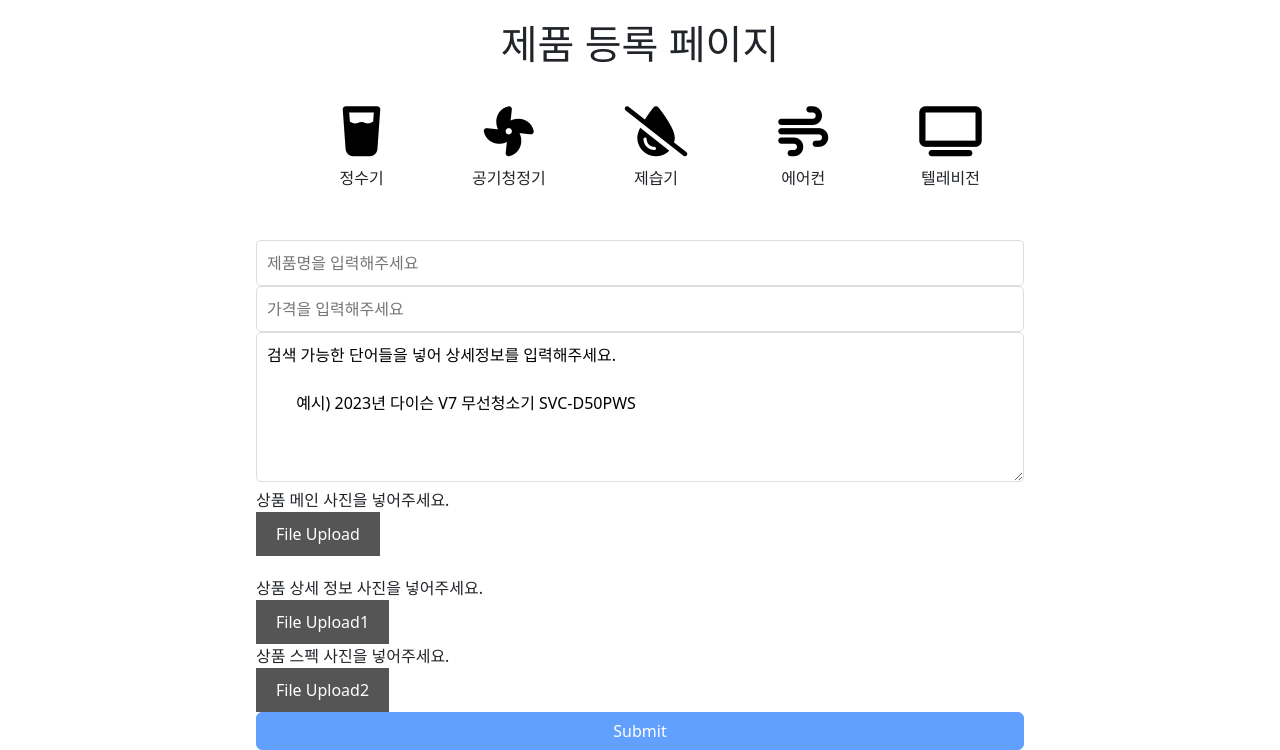
Repository: bbqju13/52si
Page: http://localhost/spring/WEB-INF/views/product/register.jsp
An editor plug-in stored every save of this project. The page is shown before and after the next save, followed by the edit.
The browser window is 1280 px wide. The pictures show the whole page.
Some web libraries are served in a nearby version. The page is served by Tomcat 9. Nobody is signed in. Other server files are loaded and not shown. The template is opened directly, without the code that normally fills it, so the values that code supplies are empty.

Above is the page before, as saved 2023-07-28 04:42:49.

### spring/src/main/webapp/WEB-INF/views/product/register.jsp
<%@ page language="java" contentType="text/html; charset=UTF-8"
    pageEncoding="UTF-8"%>
<%@ taglib uri="http://java.sun.com/jsp/jstl/core" prefix="c" %>
<!DOCTYPE html>
<html>
<head>
<meta charset="UTF-8">
<title>Product Register Page</title>
<link rel="stylesheet" href="/resources/css/product/register.css">
<script src="https://kit.fontawesome.com/e927512ef5.js" crossorigin="anonymous"></script>
<link href="https://cdn.jsdelivr.net/npm/bootstrap@5.3.1/dist/css/bootstrap.min.css" rel="stylesheet" integrity="sha384-4bw+/aepP/YC94hEpVNVgiZdgIC5+VKNBQNGCHeKRQN+PtmoHDEXuppvnDJzQIu9" crossorigin="anonymous">
<script src="https://cdn.jsdelivr.net/npm/bootstrap@5.3.1/dist/js/bootstrap.bundle.min.js" integrity="sha384-HwwvtgBNo3bZJJLYd8oVXjrBZt8cqVSpeBNS5n7C8IVInixGAoxmnlMuBnhbgrkm" crossorigin="anonymous"></script>
</head>
<body>
	<h1>제품 등록 페이지</h1>
	 <form action="/product/register" method="post" id="registerForm" class="was-validated" enctype="multipart/form-data">
        <div id="productDiv">
            <ul>
                <li class="product" data-value="정수기">
                    <div>
                        <i class="fa-solid fa-glass-water" style="color: #000000;"></i>
                        <div class="product-name">정수기</div>
                    </div>
                </li>
                <li class="product" data-value="공기청정기">
                    <div>
                        <i class="fa-solid fa-fan" style="color: #000000;"></i>
                        <div class="product-name">공기청정기</div>
                    </div>
                </li>
                <li class="product" data-value="제습기">
                    <div>
                        <i class="fa-solid fa-droplet-slash" style="color: #000000;"></i>
                        <div class="product-name">제습기</div>
                    </div>
                </li>
                <li class="product" data-value="에어컨">
                    <div>
                        <i class="fa-solid fa-wind" style="color: #000000;"></i>
                        <div class="product-name">에어컨</div>
                    </div>
                </li>
                <li class="product" data-value="텔레비전">
                    <div>
                        <i class="fa-solid fa-tv" style="color: #000000;"></i>
                        <div class="product-name">텔레비전</div>
                    </div>
                </li>
            </ul>
        </div>
        <input type="hidden" name="type_a" id="mySelection">
        <p id="type_aError" style="color: red; display: none;">제품 카테고리를 입력해주세요.</p>
       <br>
       <input name="pname" placeholder="제품명을 입력해주세요"> <br>
       <p id="pnameError" style="color: red; display: none;">제품명을 입력해주세요.</p>
       <input id="priceInput" name="price" placeholder="가격을 입력해주세요"> <br>
       <p id="priceError" style="color: red; display: none;">숫자만 입력해주세요.</p>
       <textarea name="content" cols="50" rows="10">검색 가능한 단어들을 넣어 상세정보를 입력해주세요.&#10;
       예시) 2023년 다이슨 V7 무선청소기 SVC-D50PWS
       </textarea> <br>
       상품 메인 사진을 넣어주세요.<input type="file" id="files" name="files" style="display: none" class="form-control" aria-label="file example" required> <br>
       <button type="button" id="trigger">File Upload</button> <br>
       <div id="fileZone">

       </div>
       상품 상세 정보 사진을 넣어주세요.<input type="file" id="files1" name="files" style="display: none" class="form-control" aria-label="file example" required> <br>
       <button type="button" id="trigger1">File Upload1</button> <br>
       <div id="fileZone1">

       </div>

       상품 스펙 사진을 넣어주세요.<input type="file" id="files2" name="files" style="display: none" class="form-control" aria-label="file example" required> <br>
       <button type="button" id="trigger2">File Upload2</button> <br>
       <div id="fileZone2">

       </div>

       <button onclick="validateButton(event)" id="regBtn" class="btn btn-primary" type="submit" disabled>Submit</button>
    </form>

	<script type="text/javascript" src="/resources/js/product/productRegister.js"></script>
	<script type="text/javascript">
	    const thereis = `<c:out value="${thereis}"/>`;
	    console.log(thereis);
	    if (thereis === "1") {
	        alert("같은 상품명이 존재합니다. 다시 입력해주세요.");
	        document.getElementById("registerForm").addEventListener("submit", function(e) {
	        });
	    }
</script>
</body>
</html>

### spring/src/main/webapp/resources/css/product/register.css
body {
    font-family: 'Helvetica Neue', Helvetica, Arial, sans-serif;
    background-color: #fff;
    color: #333;
    margin: 0;
    padding: 0;
}

h1 {
    text-align: center;
    padding: 20px 0;
}

form {
    width: 60%;
    margin: 0 auto;
}

input, textarea {
    width: 100%;
    margin: 10px;
    padding: 10px;
    font-size: 0.8em;
    border-radius: 5px;
    border: 1px solid #ddd;
}

textarea {
    height: 150px;
}

li {
    list-style-type: none;
    flex: 1;
    text-align: center;
    padding: 10px;
    box-sizing: border-box;
    margin: 0 5px;
}

ul {
    display: flex;
    justify-content: space-between;
    cursor: pointer;
    padding-left: 0px;
    margin-bottom: 30px;
}

.product-clicked {
    background-color: rgba(128, 128, 128, 0.5);
   	padding: 10px;
   	margin-top: -10px;
    border-radius: 5px;
    animation: pop 0.6s;
}
@keyframes pop {
    0% { transform: scale(1); }
    50% { transform: scale(1.2); }
    100% { transform: scale(1); }
}

i {
    font-size: 50px;
    display: block;
    margin-bottom: 10px;
}

button {
    background-color: #555;
    color: #fff;
    border: none;
    padding: 10px 20px;
    text-align: center;
    text-decoration: none;
    display: inline-block;
    font-size: 16px;
    margin: 4px 2px;
    cursor: pointer;
}

button:hover {
    background-color: #343638;
}

#regBtn {
    width: 100%;
}

#fileZone {
    margin-bottom: 20px;
}

.product-name {
	white-space:nowrap;
}

### spring/src/main/webapp/resources/js/product/productRegister.js
document.getElementById('trigger').addEventListener('click', () => {
    document.getElementById('files').click();
})

document.getElementById('trigger1').addEventListener('click', () => {
    document.getElementById('files1').click();
})

document.getElementById('trigger2').addEventListener('click', () => {
    document.getElementById('files2').click();
})

const regExp = new RegExp("\.(exe|sh|bat|msi|dll|js)$");
const regExpImg = new RegExp("\.(jpg|jpeg|png|gif|bmp)$");
const maxSize = 1024*1024*20;

function fileSizeValidation(fileName, fileSize) {
    if(regExp.test(fileName)) {
        return 0;
    } else if(fileSize > maxSize) {
        return 0;
    } else {
        return 1;
    }
}

document.addEventListener('change', (e) => {
    console.log(e.target);
    if(e.target.id=='files') {
        document.getElementById('regBtn').disabled=false;
        const fileObject = document.getElementById('files').files;
        console.log(fileObject);

        let div = document.getElementById('fileZone');
        div.innerHTML = '';
        let ul = `<ul>`;
        let isOk = 1;
        for(let file of fileObject) {
            console.log(file);
            let validResult = fileSizeValidation(file.name, file.size);
            isOk*=validResult;
            ul += `<li>`;
            ul += `${validResult ? '<div>업로드 가능':'<div>업로드 불가능'}</div>`;
            ul += `${file.name}`;
            ul += `<span class="badge rounded-pill text-bg-${validResult?'success':'danger'}">${file.size}Bytes</span></li>`;
        }
        ul += `</ul>`;
        div.innerHTML = ul;
        if(isOk==0) {
            document.getElementById('regBtn').disabled = true;
        }

    }
})

document.addEventListener('change', (e) => {
    console.log(e.target);
    if(e.target.id=='files1') {
        document.getElementById('regBtn').disabled=false;
        const fileObject = document.getElementById('files1').files;
        console.log(fileObject);

        let div1 = document.getElementById('fileZone1');
        div1.innerHTML = '';
        let ul = `<ul>`;
        let isOk = 1;
        for(let file of fileObject) {
            console.log(file);
            let validResult = fileSizeValidation(file.name, file.size);
            isOk*=validResult;
            ul += `<li>`;
            ul += `${validResult ? '<div>업로드 가능':'<div>업로드 불가능'}</div>`;
            ul += `${file.name}`;
            ul += `<span class="badge rounded-pill text-bg-${validResult?'success':'danger'}">${file.size}Bytes</span></li>`;
        }
        ul += `</ul>`;
        div1.innerHTML = ul;
        if(isOk==0) {
            document.getElementById('regBtn').disabled = true;
        }

    }
})

document.addEventListener('change', (e) => {
    console.log(e.target);
    if(e.target.id=='files2') {
        document.getElementById('regBtn').disabled=false;
        const fileObject = document.getElementById('files2').files;
        console.log(fileObject);

        let div1 = document.getElementById('fileZone2');
        div1.innerHTML = '';
        let ul = `<ul>`;
        let isOk = 1;
        for(let file of fileObject) {
            console.log(file);
            let validResult = fileSizeValidation(file.name, file.size);
            isOk*=validResult;
            ul += `<li>`;
            ul += `${validResult ? '<div>업로드 가능':'<div>업로드 불가능'}</div>`;
            ul += `${file.name}`;
            ul += `<span class="badge rounded-pill text-bg-${validResult?'success':'danger'}">${file.size}Bytes</span></li>`;
        }
        ul += `</ul>`;
        div1.innerHTML = ul;
        if(isOk==0) {
            document.getElementById('regBtn').disabled = true;
        }

    }
})

window.onload = function(){
    var products = document.querySelectorAll('.product');
    products.forEach(function(product){
        product.addEventListener('click', function(e){
            // remove product-clicked from all products
            products.forEach(function(prod){
                prod.firstElementChild.classList.remove('product-clicked');
            });

            // add product-clicked to the clicked product
            e.currentTarget.firstElementChild.classList.add('product-clicked');

            // update the hidden input with the data-value of the clicked product
            document.getElementById('mySelection').value = e.currentTarget.dataset.value;
        });
    });
}

function validateButton(event) {
    var type_aInput = document.querySelector('input[name="type_a"]');
    var type_aError = document.getElementById("type_aError");
    var pnameInput = document.querySelector('input[name="pname"]');
    var pnameError = document.getElementById("pnameError");
    var priceInput = document.querySelector('input[name="price"]');
    var priceError = document.getElementById("priceError");
    var contentTextarea = document.querySelector('textarea[name="content"]');
    var isFormValid = true; // 폼 유효성 검사 결과
    console.log(isFormValid);

    if (type_aInput.value.trim() === "") {
        isFormValid = false;
        type_aError.style.display = "block";
    } else {
        type_aError.style.display = "none";
    }

    if (pnameInput.value.trim() === "") {
        isFormValid = false;
        pnameError.style.display = "block";
    } else {
        pnameError.style.display = "none";
    }

    if (priceInput.value.trim() === "" || isNaN(priceInput.value)) {
        isFormValid = false;
        priceError.style.display = "block";
    } else {
        priceError.style.display = "none";
    }

    if (contentTextarea.value.trim() === "") {
        isFormValid = false;
    }

    console.log(isFormValid);
    // 폼 전송 막기
    if (!isFormValid) {
        event.preventDefault();
    }
}

After the next save:
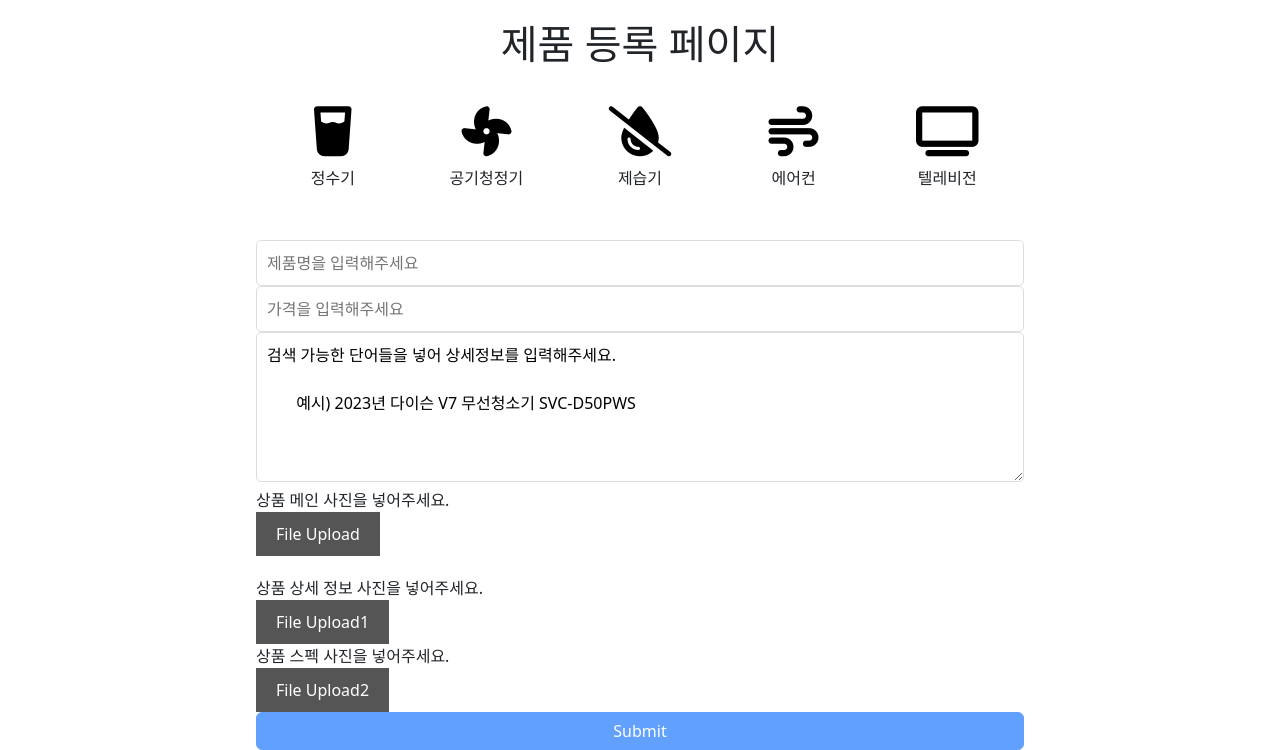
Saved 20 s later.
--- a/spring/src/main/webapp/resources/css/product/register.css
+++ b/spring/src/main/webapp/resources/css/product/register.css
@@ -42,7 +42,7 @@ ul {
     display: flex;
     justify-content: space-between;
     cursor: pointer;
-    padding-left: 0px;
+    padding-left: 0px !important;
     margin-bottom: 30px;
 }
 
